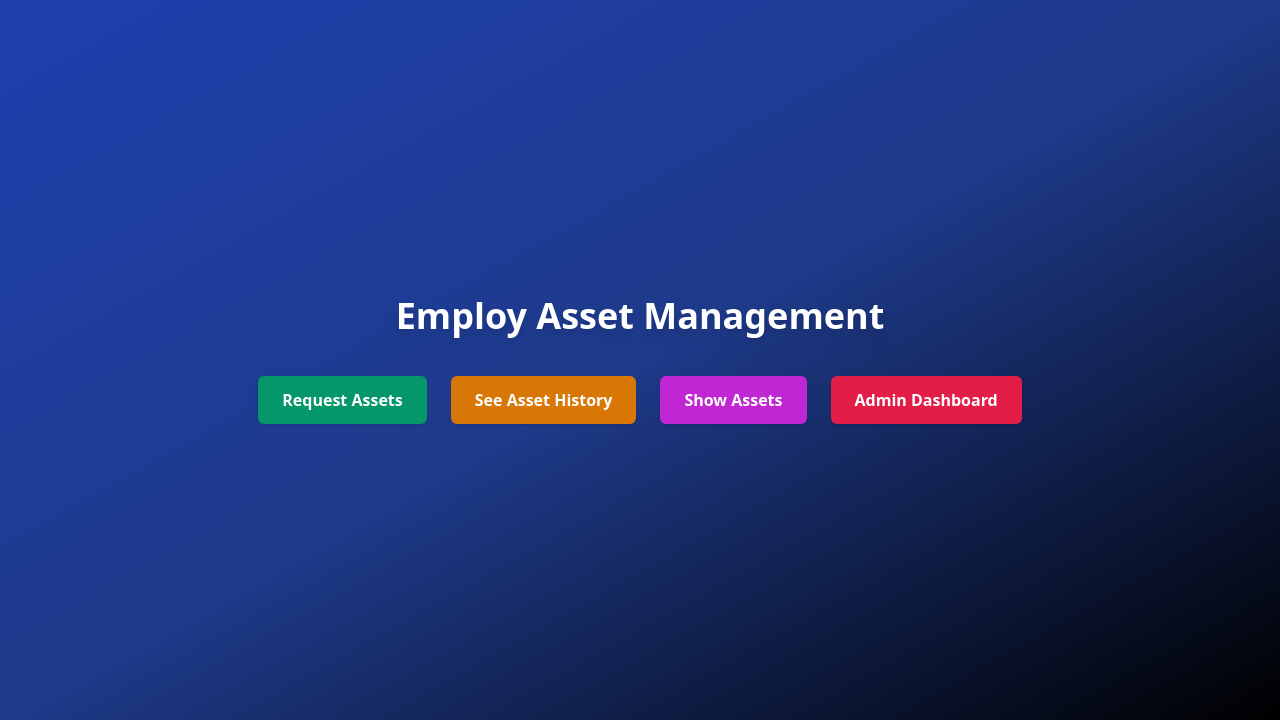
Repository: NirmalyaSatapathy/NirmalyaSatapathyProjects
Page: http://localhost/AssetManagement/EmployDashBoard.jsp
These files come from the project's save history. The page is drawn as it stood at one moment and after the next save; the edit follows.
The browser window is 1280 px wide. The pictures show the whole page.
Some web libraries are served in a nearby version. The page is served by Tomcat 9.

Above is the page before, as saved 2025-06-04 04:57:22.

After the next save:
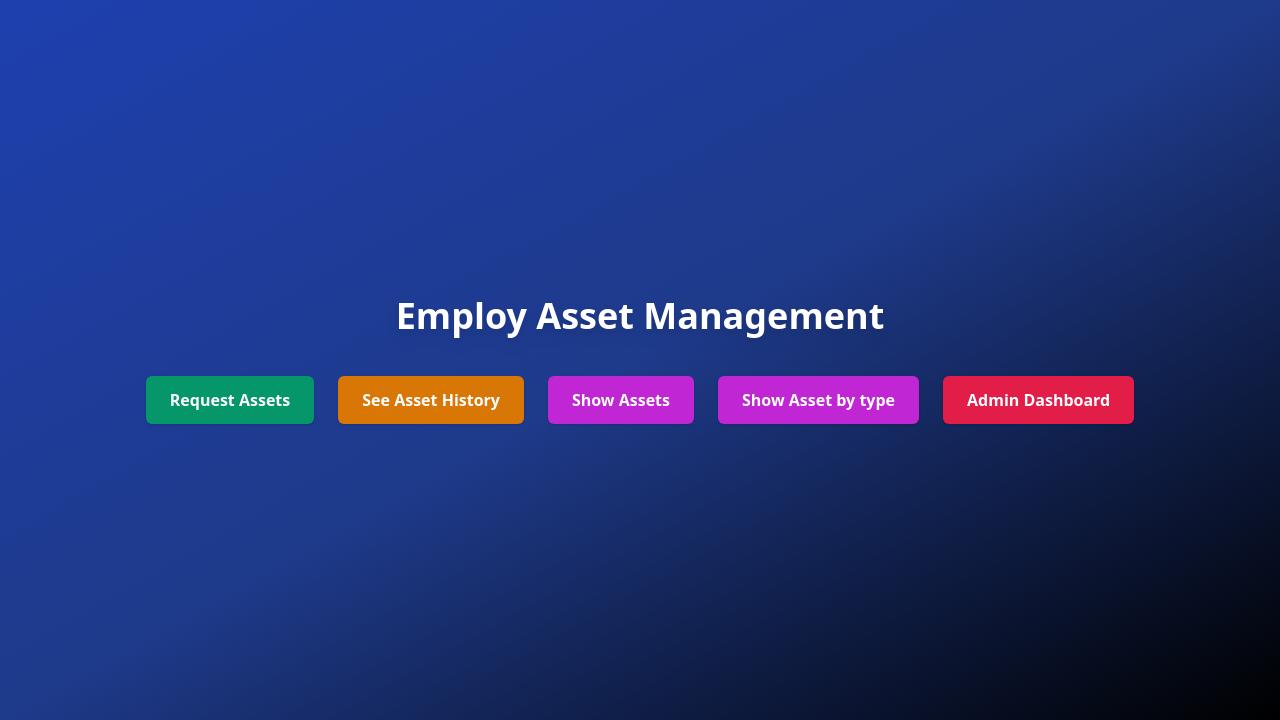
Saved 2 min 58 s later.
--- a/AssetManagement/AssetManagement/src/main/webapp/EmployDashBoard.jsp
+++ b/AssetManagement/AssetManagement/src/main/webapp/EmployDashBoard.jsp
@@ -28,7 +28,10 @@
            class="px-6 py-3 bg-fuchsia-600 text-white font-semibold rounded-md shadow hover:bg-fuchsia-700 transition">
            Show Assets
         </a>
-
+	<a href="ShowAssetType.jsf"
+           class="px-6 py-3 bg-fuchsia-600 text-white font-semibold rounded-md shadow hover:bg-fuchsia-700 transition">
+           Show Asset by type
+        </a>
         <a href="AdminLogin.jsf"
            class="px-6 py-3 bg-rose-600 text-white font-semibold rounded-md shadow hover:bg-rose-700 transition">
            Admin Dashboard
